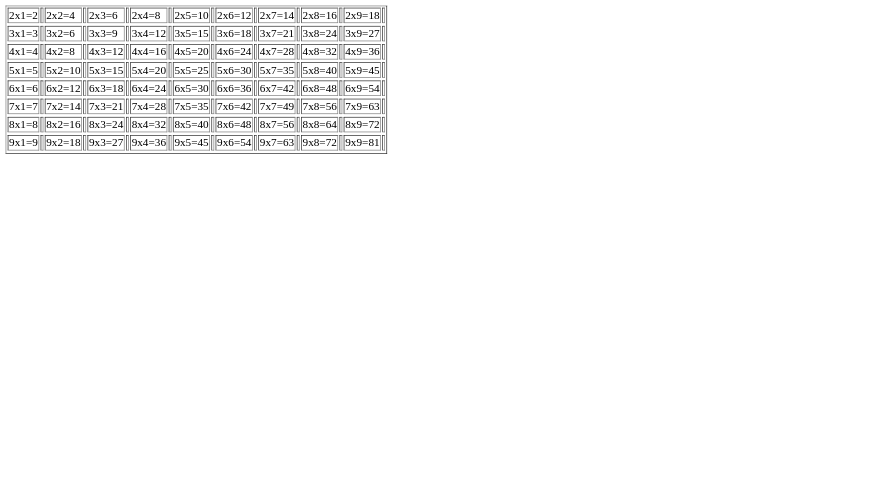
Repository: tldnwkd/jspclass2026
Page: http://localhost/chapter01/test02.jsp
These files come from the project's save history. The page is drawn as it stood at one moment and after the next save; the edit follows.
The browser window is 1280 px wide. The pictures show the part of the page from y = 0 to 1920 px (the page is 720 px tall before and 3060 px after), at 70% of full size.
The page is served by Tomcat 9.

Above is the page before, as saved 2026-10-16 04:04:57.

After the next save:
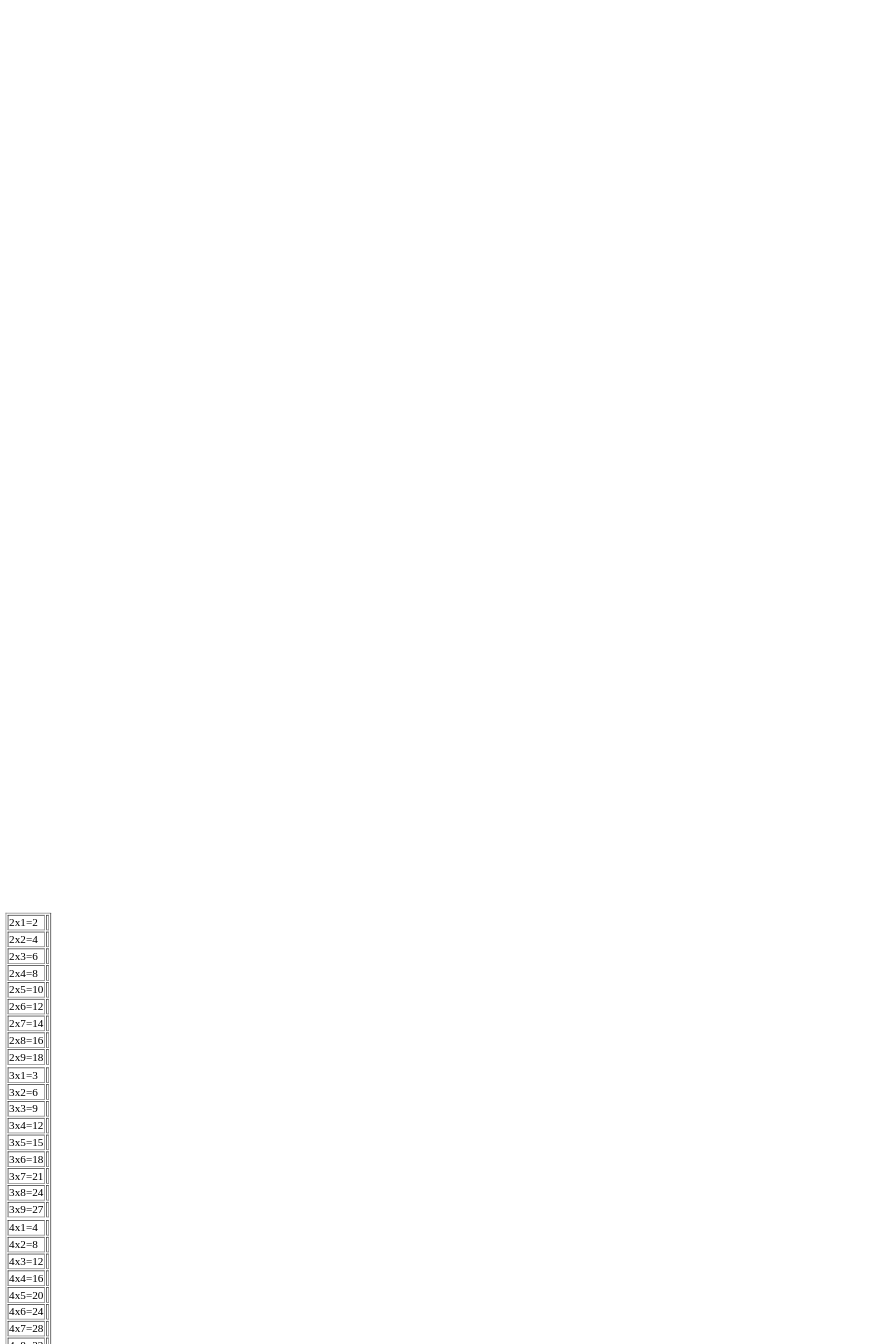
Saved 85 s later.
--- a/chapter01/src/main/webapp/test02.jsp
+++ b/chapter01/src/main/webapp/test02.jsp
@@ -12,8 +12,8 @@
 <%for(int i=2; i<10; i++) {%>
 	<tr>
 	<%for(int j=1; j<10; j++){%>
-	<td><%=i%>x<%=j%>=<%=i*j%><td/><br/>
-	<%}%><tr/>
+	<td><%=i%>x<%=j%>=<%=i*j%><td/><tr/><br/>
+	<%}%>
 <%}%>
 </table>
 </body>

After the 2 saves that followed:
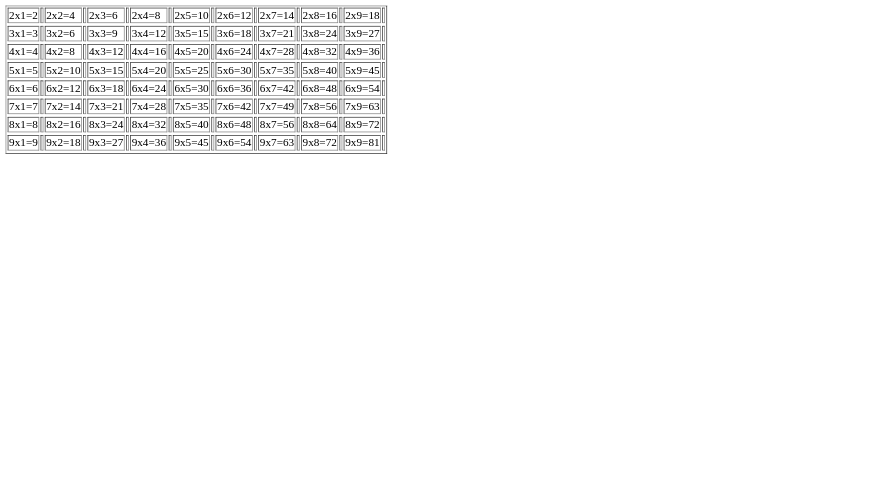
The 2 saves are shown as one change because they came seconds apart.
The last was saved 17 s later.
--- a/chapter01/src/main/webapp/test02.jsp
+++ b/chapter01/src/main/webapp/test02.jsp
@@ -12,8 +12,8 @@
 <%for(int i=2; i<10; i++) {%>
 	<tr>
 	<%for(int j=1; j<10; j++){%>
-	<td><%=i%>x<%=j%>=<%=i*j%><td/><tr/><br/>
-	<%}%>
+	<td><%=i%>x<%=j%>=<%=i*j%><td/><br/>
+	<%}%><tr/>
 <%}%>
 </table>
 </body>
